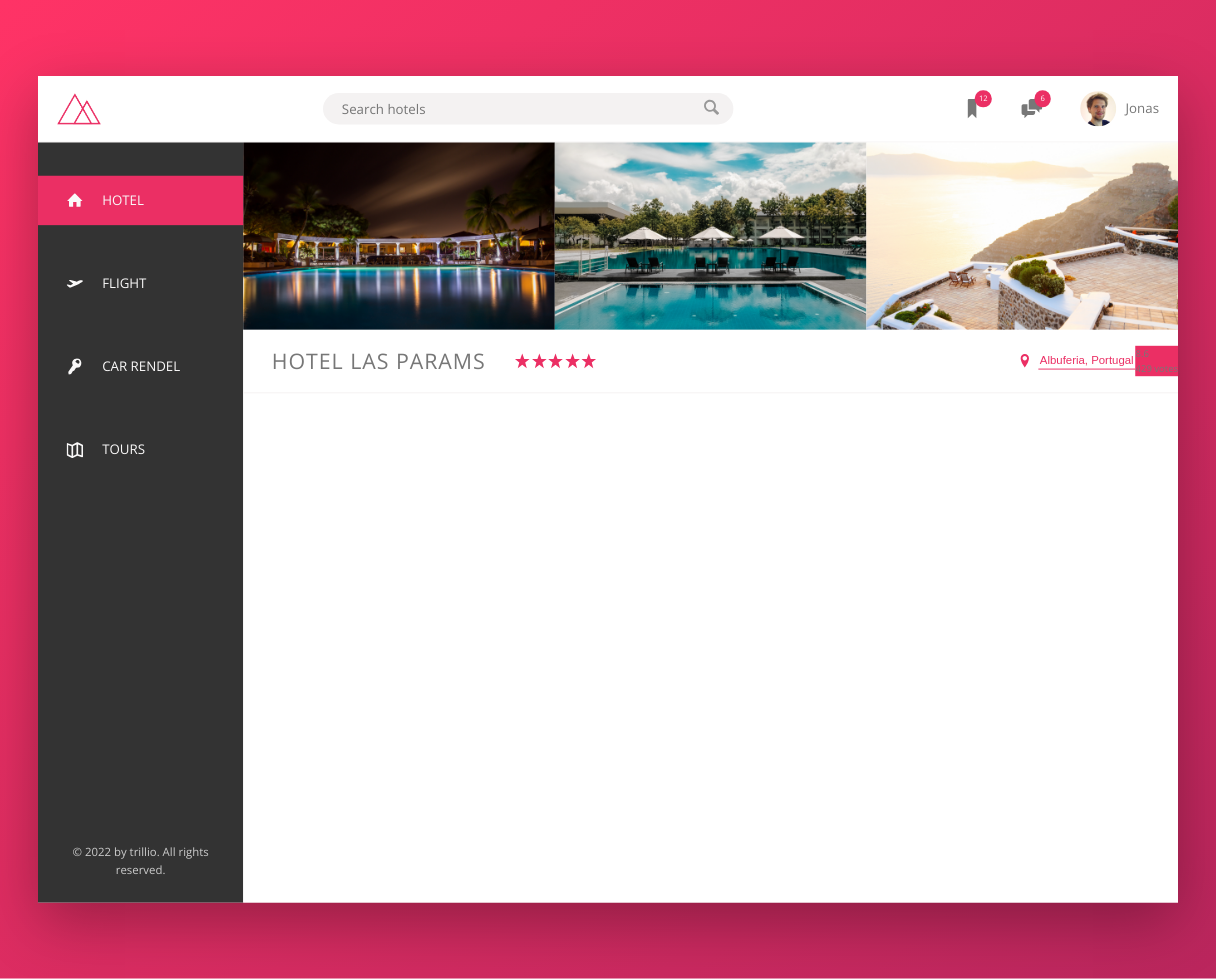
Repository: mohamediyas/flex_website
Page: index.html
The author's editor kept a copy of each file at every save. The page is drawn from the files as they stood at one save, then again after the next save.
The browser window is 1280 px wide. The pictures show the whole page, at 95% of full size.
The style sheet was rebuilt from its Sass, Less or Tailwind sources for each picture, by a compiler version that may differ from the author's.

Above is the page before, as saved 2022-08-06 13:32:06.

After the next save:
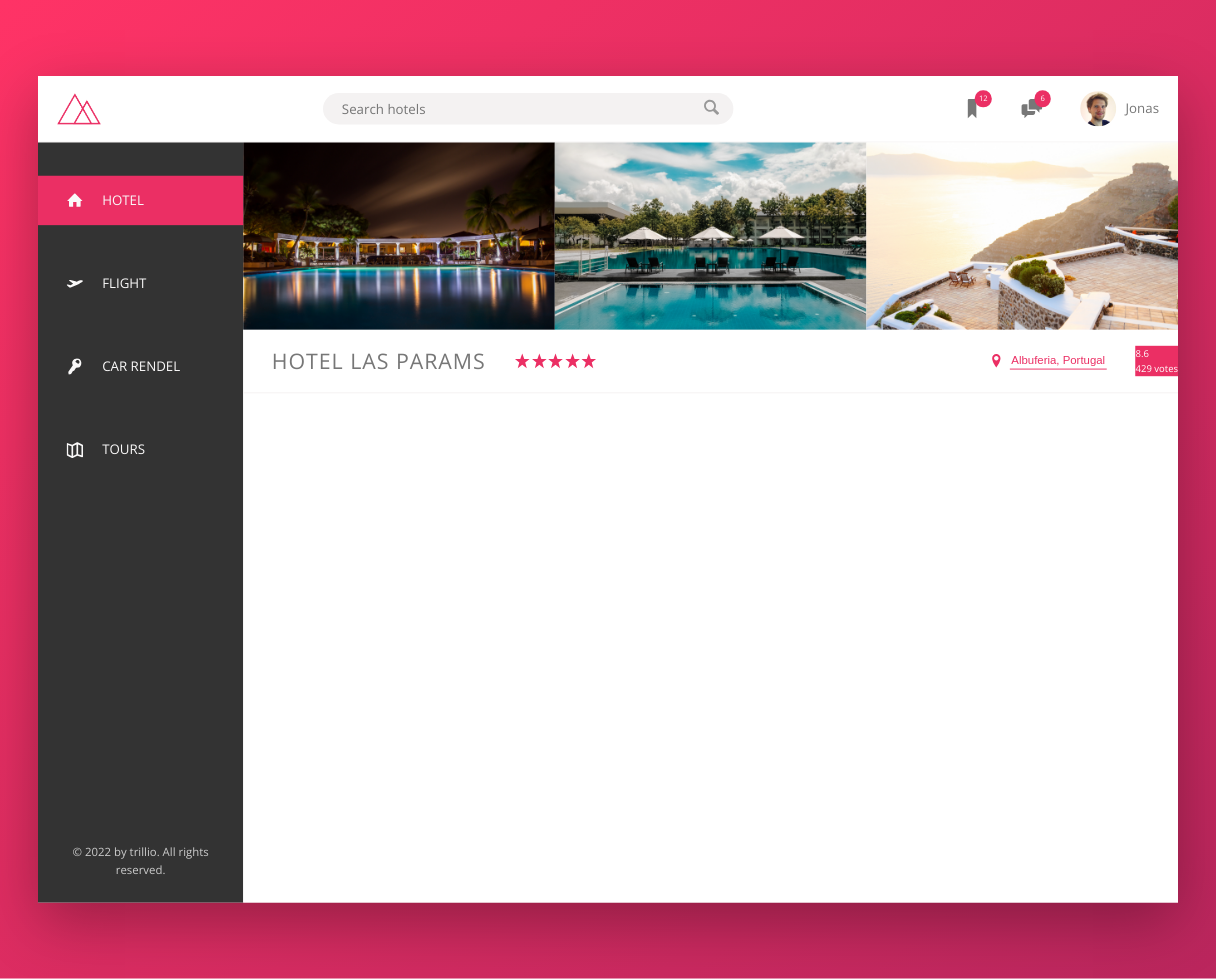
Saved 17 s later.
--- a/sass/_components.scss
+++ b/sass/_components.scss
@@ -225,6 +225,8 @@
 
   &__rating {
     background-color: var(--color-primary);
+    margin-left: 3rem;
+    color: #fff;
   }
   &__rating-average {
   }
